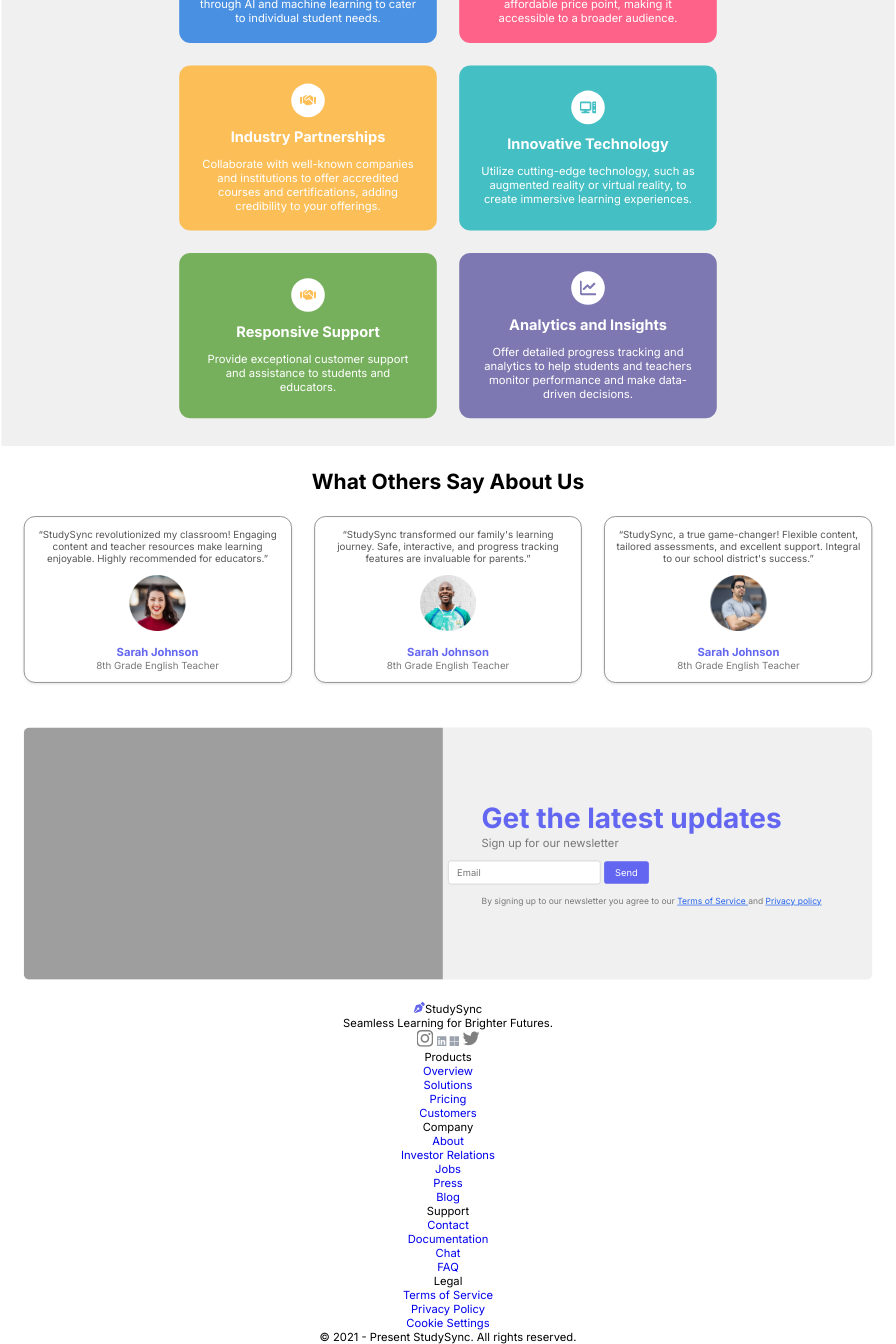
Repository: Vaibhav979/StudySync-FrontEnd-Project
Page: index.html
These files come from the project's save history. The page is drawn as it stood at one moment and after the next save; the edit follows.
The browser window is 1280 px wide. The pictures show the part of the page from y = 1148 to 3068 px (the page is 3068 px tall before and 3048 px after), at 70% of full size.
Pictures or frames that could not be fetched are drawn as grey boxes. A picture or video elsewhere on the page could not be fetched, so the positions and the page height are approximate.

Above is the page before, as saved 2025-04-19 16:29:00.

After the next save:
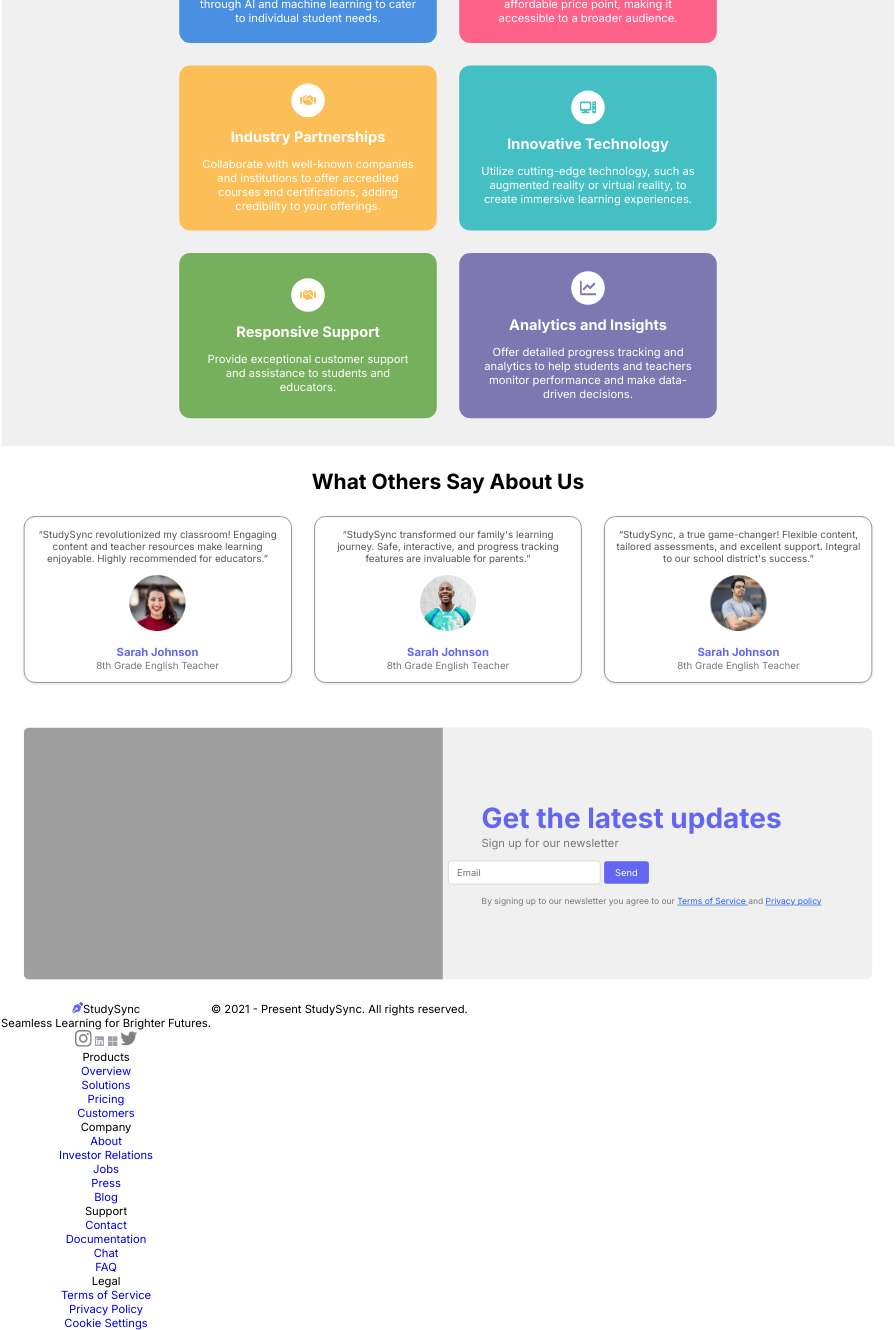
Saved 13 s later.
--- a/styles.css
+++ b/styles.css
@@ -604,5 +604,7 @@
 /* min-width -> if more than specified width then execute. [self-learning] */
 
 .footer-container{
-  background-color: var(--background-color)
-}
+  background-color: var(--background-color);
+  max-width: 1280px;
+  display: flex;;
+}
